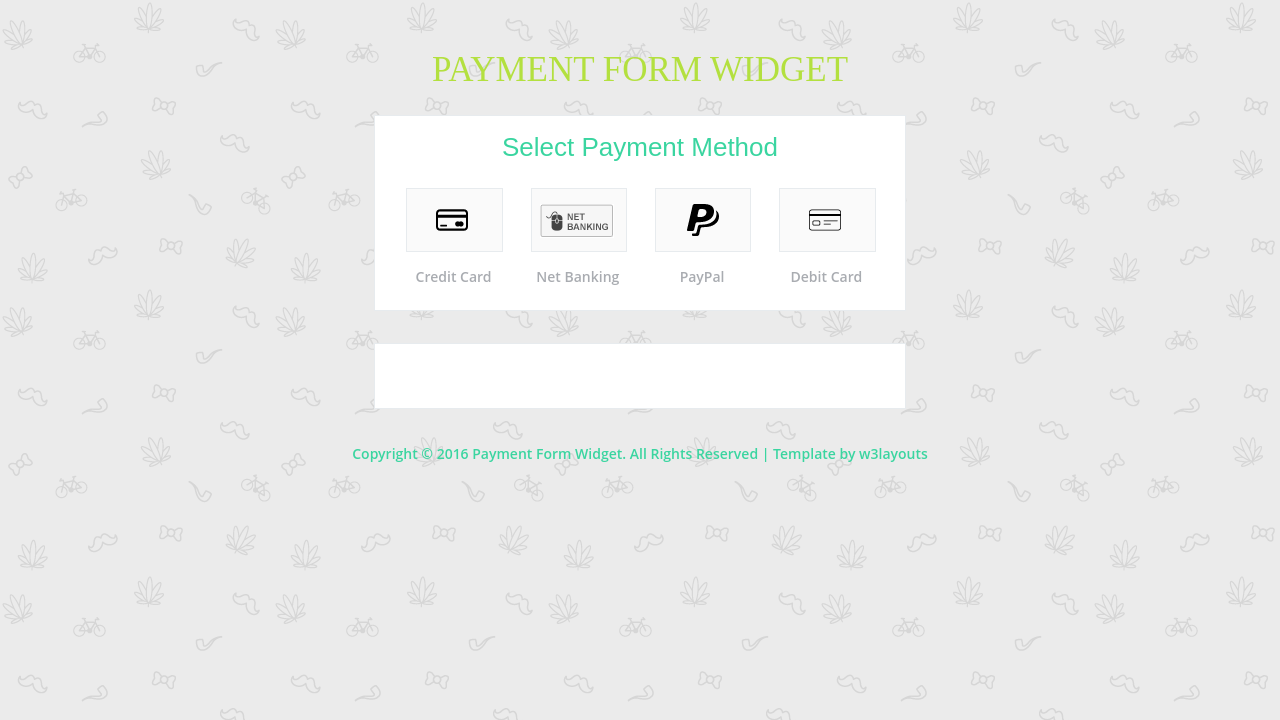
Repository: abinbabu/project-1-final
Page: http://localhost/shoppingcartfront/WEB-INF/views/lastpage.jsp
An editor plug-in stored every save of this project. The page is shown before and after the next save, followed by the edit.
The browser window is 1280 px wide. The pictures show the whole page.
Some web fonts or font styles are not loaded; a fallback is used. The page is served by Tomcat 9. Nobody is signed in. The template is opened directly, without the code that normally fills it, so the values that code supplies are empty.

Above is the page before, as saved 2016-08-21 09:09:28.
Console error: ReferenceError: jQuery is not defined

After the next save:
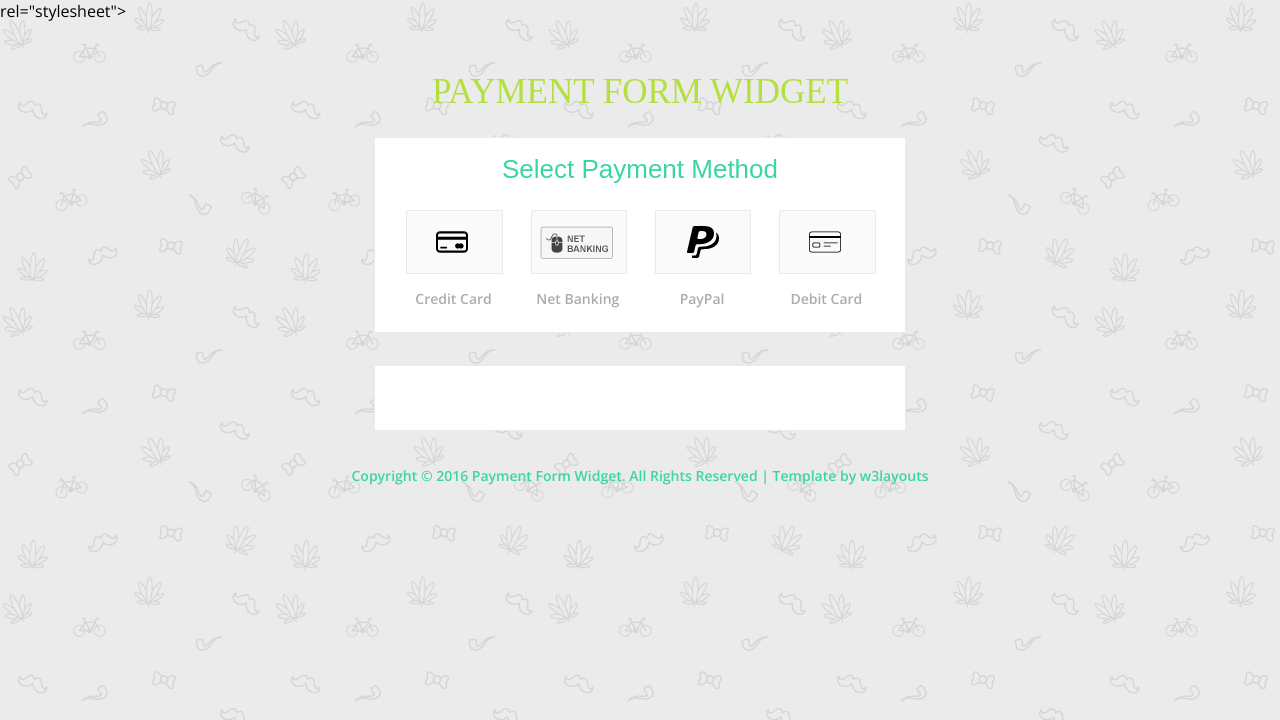
Saved 5 min 29 s later.
--- a/final complete/shoppingcartfront/src/main/webapp/WEB-INF/views/lastpage.jsp
+++ b/final complete/shoppingcartfront/src/main/webapp/WEB-INF/views/lastpage.jsp
@@ -7,6 +7,9 @@
 <head>
 <meta http-equiv="Content-Type" content="text/html; charset=ISO-8859-1">
 <link href="<c:url value="/resources/css/style.css" />"
+<link href='//fonts.googleapis.com/css?family=Fugaz+One' rel='stylesheet' type='text/css'>
+<link href='//fonts.googleapis.com/css?family=Alegreya+Sans:400,100,100italic,300,300italic,400italic,500,500italic,700,700italic,800,800italic,900,900italic' rel='stylesheet' type='text/css'>
+<link href='//fonts.googleapis.com/css?family=Open+Sans:400,300,300italic,400italic,600,600italic,700,700italic,800,800italic' rel='stylesheet' type='text/css'>
 	rel="stylesheet">
 <title>Insert title here</title>
 </head>

After the save that followed:
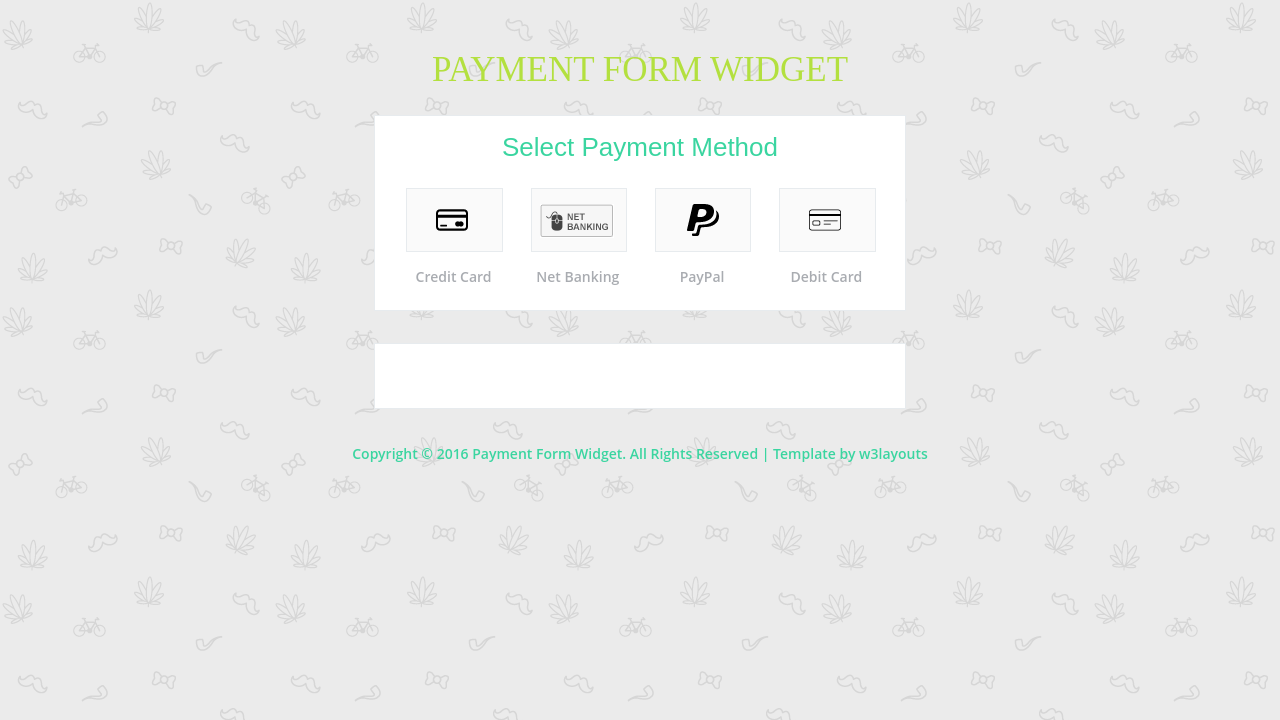
Saved 17 s later.
--- a/final complete/shoppingcartfront/src/main/webapp/WEB-INF/views/lastpage.jsp
+++ b/final complete/shoppingcartfront/src/main/webapp/WEB-INF/views/lastpage.jsp
@@ -7,9 +7,6 @@
 <head>
 <meta http-equiv="Content-Type" content="text/html; charset=ISO-8859-1">
 <link href="<c:url value="/resources/css/style.css" />"
-<link href='//fonts.googleapis.com/css?family=Fugaz+One' rel='stylesheet' type='text/css'>
-<link href='//fonts.googleapis.com/css?family=Alegreya+Sans:400,100,100italic,300,300italic,400italic,500,500italic,700,700italic,800,800italic,900,900italic' rel='stylesheet' type='text/css'>
-<link href='//fonts.googleapis.com/css?family=Open+Sans:400,300,300italic,400italic,600,600italic,700,700italic,800,800italic' rel='stylesheet' type='text/css'>
 	rel="stylesheet">
 <title>Insert title here</title>
 </head>
